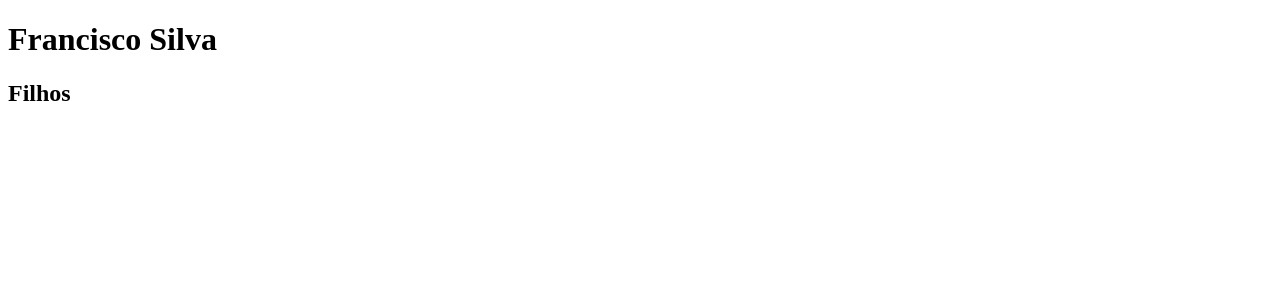
Repository: eversonps/react-fundamentos
Page: / (app in v2/exercicios/)
The author's editor kept a copy of each file at every save. The page is drawn from the files as they stood at one save, then again after the next save.
The browser window is 1280 px wide. The pictures show the whole page.
The project was rebuilt for these pictures with package versions that can differ from the ones it lists, and the page was loaded fresh each time.

Above is the page before, as saved 2022-03-21 16:02:12.

After the next save:
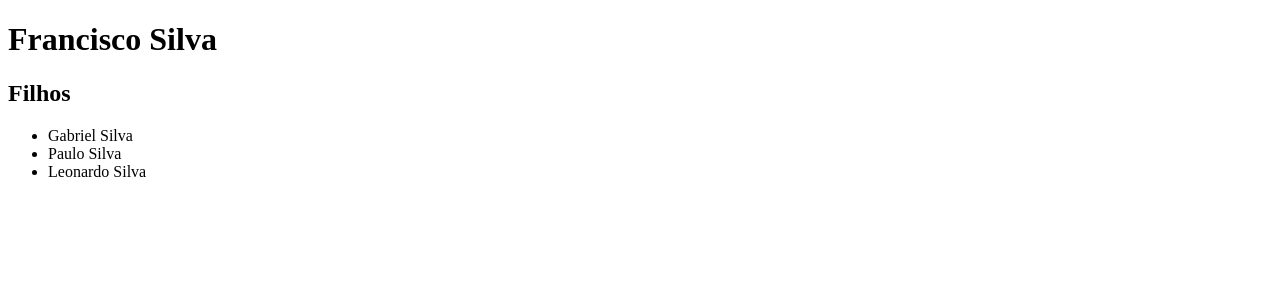
Saved 9 s later.
--- a/v2/exercicios/src/componentes/Pai.jsx
+++ b/v2/exercicios/src/componentes/Pai.jsx
@@ -5,7 +5,7 @@ export default props => (
         <h1>{props.nome} {props.sobrenome}</h1>
         <h2>Filhos</h2>
         <ul>
-
+            {props.children}
         </ul>
     </div>
 
